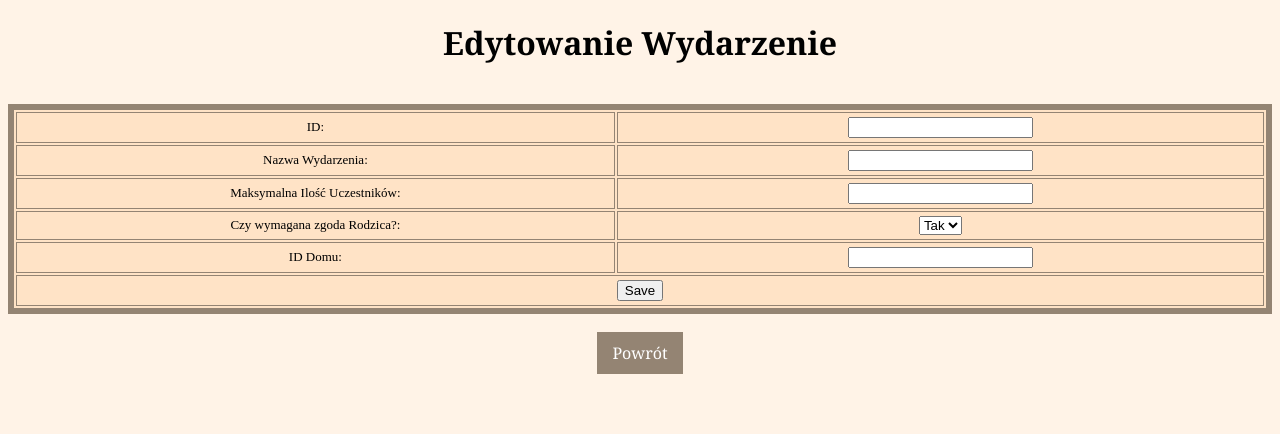
Repository: marcinRuta/houseOfCulture-crud-webapp-database
Page: http://localhost/edit_form_wydarzenia
These files come from the project's save history. The page is drawn as it stood at one moment and after the next save; the edit follows.
The browser window is 1280 px wide. The pictures show the whole page.
The page is this project's Thymeleaf template; nobody is signed in. The template is opened directly, without the code that normally fills it, so the values that code supplies are empty.

Above is the page before, as saved 2021-01-11 11:17:35.

### DomKultury/src/main/resources/templates/edit_form_wydarzenia.html
<!DOCTYPE html>
<html xmlns="http://www.w3.org/1999/xhtml"
	xmlns:th="http://www.thymeleaf.org">
<head>
<meta charset="UTF-8">
<link rel="stylesheet" href="../static/css/tabele.css" th:href="@{/css/tabele.css}" >
<title>Aplikacja do obsługi Domu Kultury</title>
</head>
<body>

	<div align="center">

		<!-- Page header -->
		<h1>Edytowanie Wydarzenie</h1>

		<!-- End line/new line -->

		<br />

		<form action="#" th:action="@{/updateW}" th:object="${EditWydarzenia}"
			method="post">

			<!-- Table -->
			<table class="cinereousTable">

				<tr>
					<td>ID:</td>
					<td><input type="text" th:field="*{ID_Wydarzenia}"
						readonly="readonly"></td>

				</tr>
				<tr>
					<td>Nazwa Wydarzenia:</td>
					<td><input type="text" th:field="*{Nazwa_Wydarzenia}"></td>

				</tr>
				<tr>
					<td>Maksymalna Ilość Uczestników:</td>
					<td><input type="text"
						th:field="*{Maksymalna_Ilosc_Uczestnikow}"></td>

				</tr>
				<tr>
					<td>Czy wymagana zgoda Rodzica?:</td>
					<td><select th:field="*{Wymagana_Zgoda_Rodzica}">
							<option value="T">Tak</option>
							<option value="N">Nie</option>
					</td>

				</tr>
				<tr>
					<td>ID Domu:</td>
					<td><input type="text" th:field="*{ID_Domu}"></td>

				</tr>

				<!--  Button for save -->
				<tr>
					<td colspan="2"><button type="submit">Save</button></td>
				</tr>

			</table>
		</form>
		<br/>
		<!-- EXIT -->
		<a href="/W">Powrót</a>
	</div>

</body>
</html>

### DomKultury/src/main/resources/static/css/tabele.css

table.cinereousTable {
  border: 6px solid #948473;
  background-color: #FFE3C6;
  width: 100%;
  text-align: center;
}
table.cinereousTable td, table.cinereousTable th {
  border: 1px solid #948473;
  padding: 4px 4px;
}
table.cinereousTable tbody td {
  font-size: 13px;
}
table.cinereousTable thead {
  background: #948473;
  background: -moz-linear-gradient(top, #afa396 0%, #9e9081 66%, #948473 100%);
  background: -webkit-linear-gradient(top, #afa396 0%, #9e9081 66%, #948473 100%);
  background: linear-gradient(to bottom, #afa396 0%, #9e9081 66%, #948473 100%);
}
table.cinereousTable thead th {
  font-size: 17px;
  font-weight: bold;
  color: #F0F0F0;
  text-align: left;
  border-left: 2px solid #948473;
}
table.cinereousTable thead th:first-child {
  border-left: none;
}

table.cinereousTable tfoot td {
  font-size: 16px;
}

body {
  background-color: #FFF3E7;
}
h1 {
  color: black;
  font-family: Georgia, serif;
}
p {
  color: black;
}
a:link, a:visited {
  background-color: #948473;
  color: white;
  padding: 10px 15px;
  text-align: center;
  text-decoration: none;
  display: inline-block;
  font-family: Georgia, serif;
}

a:hover, a:active {
  background-color: 948473;
}
.button {
  background-color: #948473; /* Green */
  border: none;
  color: white;
  padding: 10px 14px;
  text-align: center;
  text-decoration: none;
  display: inline-block;
  font-size: 16px;
  font-family: Georgia, serif;
  transition-duration: 0.4s;
}

.button:hover {
 background-color: #3D362F ;
  border: none;
  color: white;
  padding: 10px 11px;
  text-align: center;
  text-decoration: none;
  display: inline-block;
  font-size: 16px;
  font-family: Georgia, serif;

}

After the next save:
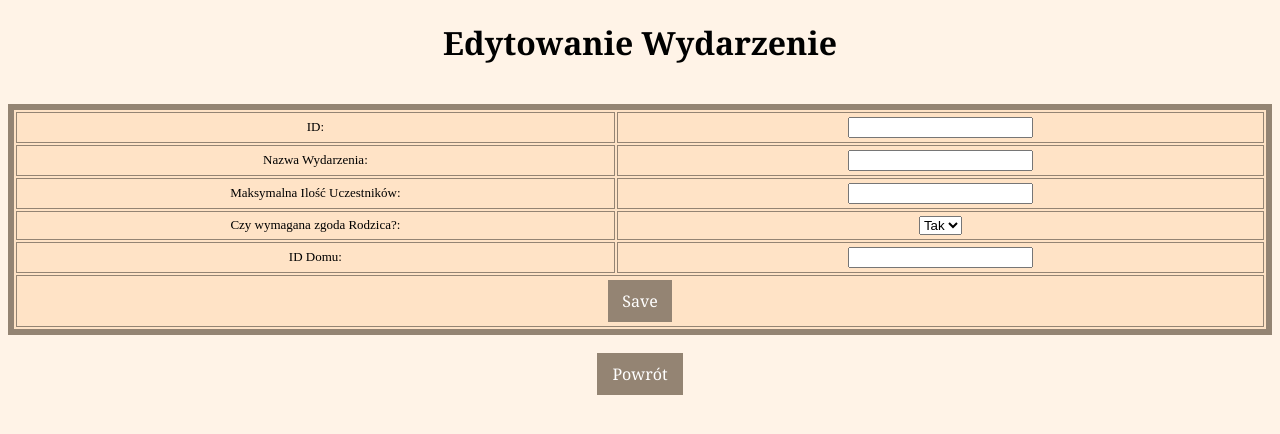
Saved 45 s later.
--- a/DomKultury/src/main/resources/templates/edit_form_wydarzenia.html
+++ b/DomKultury/src/main/resources/templates/edit_form_wydarzenia.html
@@ -56,7 +56,7 @@
 
 				<!--  Button for save -->
 				<tr>
-					<td colspan="2"><button type="submit">Save</button></td>
+					<td colspan="2"><button class="button" type="submit">Save</button></td>
 				</tr>
 
 			</table>
